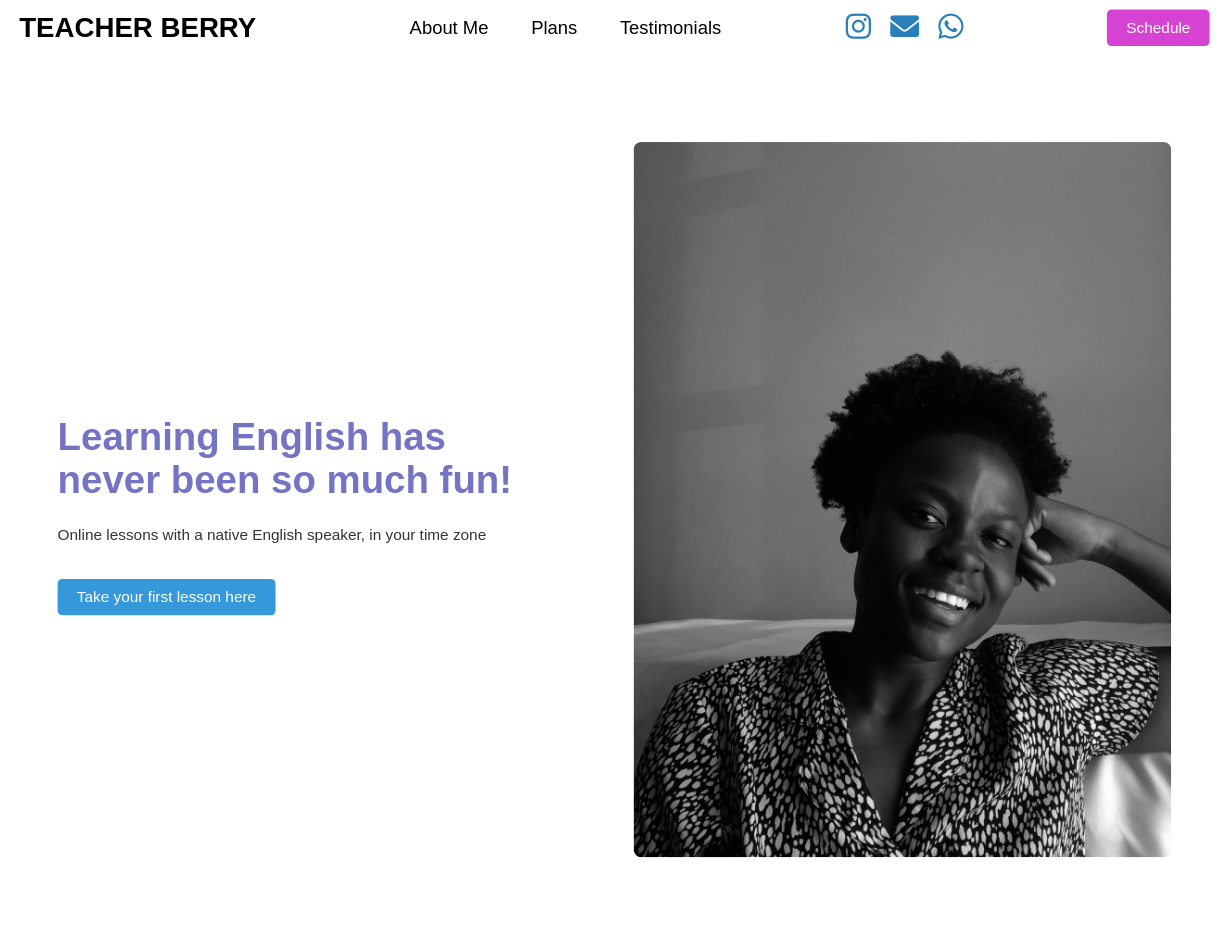
Repository: ntandomagana/esl-landing-page
Page: index.html
These files come from the project's save history. The page is drawn as it stood at one moment and after the next save; the edit follows.
The browser window is 1280 px wide. The pictures show the whole page, at 96% of full size.

Above is the page before, as saved 2024-07-16 23:47:54.

After the next save:
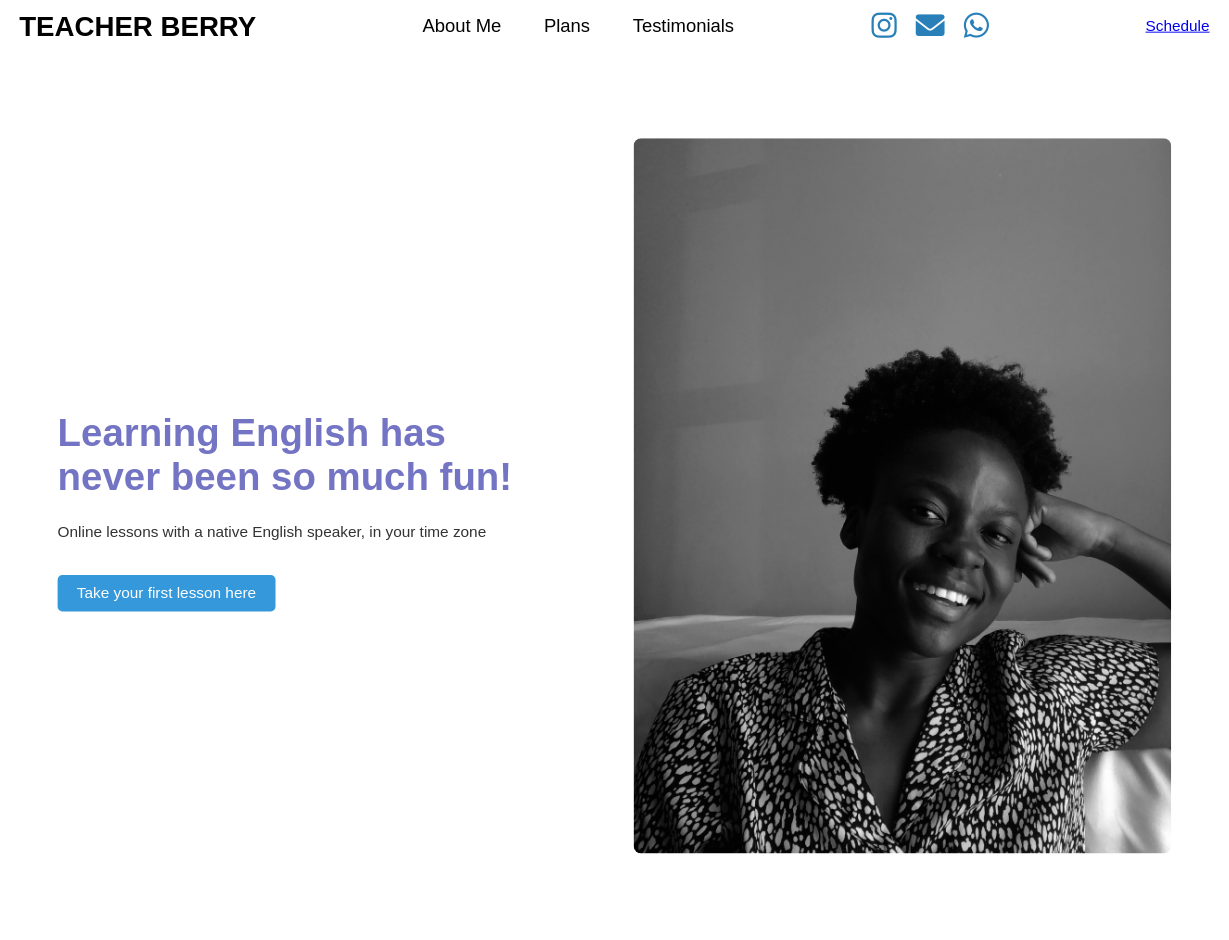
Saved 7 s later.
--- a/index.css
+++ b/index.css
@@ -63,6 +63,8 @@
 .social-link i {
     color:#2980b9;
 }
+
+.social-link
 
 .schedule-button {
     padding: 10px 20px;

After the save that followed:
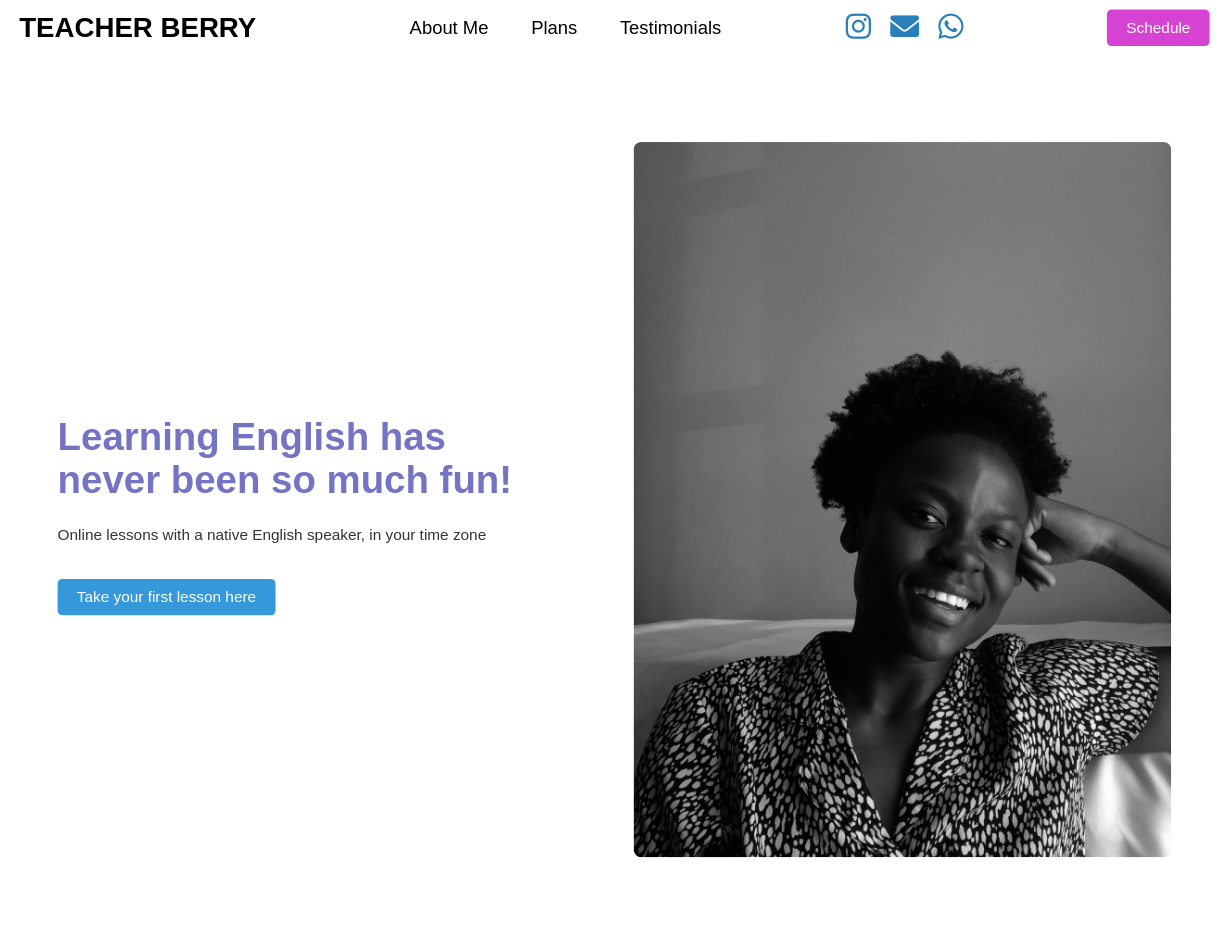
Saved 5 s later.
--- a/index.css
+++ b/index.css
@@ -64,7 +64,9 @@
     color:#2980b9;
 }
 
-.social-link
+.social-link:hover {
+
+}
 
 .schedule-button {
     padding: 10px 20px;
